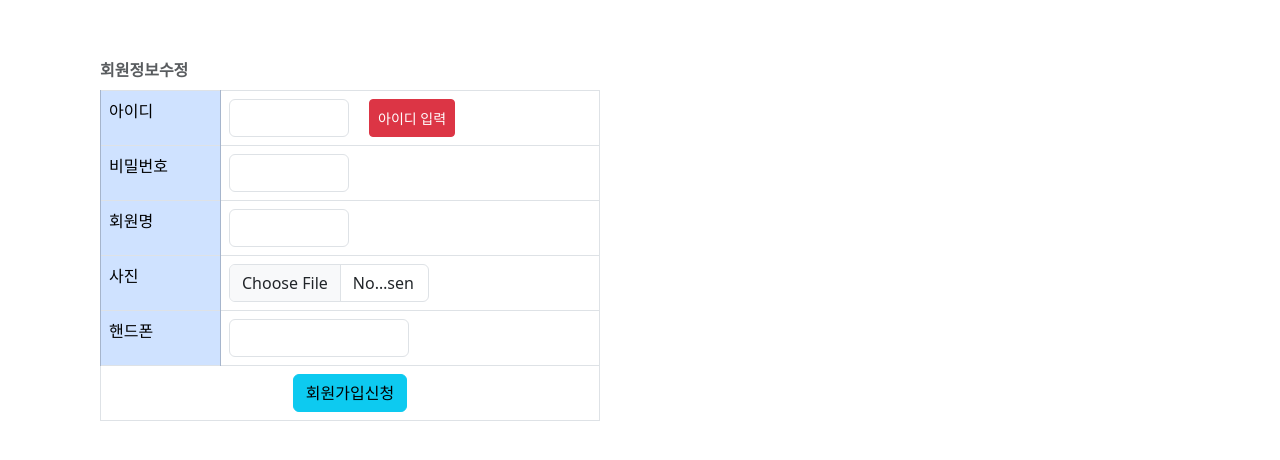
Repository: JunbroGit/SistProject
Page: http://localhost/jsaAjaxProject/mem_gaip/updateForm.jsp
An editor plug-in stored every save of this project. The page is shown before and after the next save, followed by the edit.
The browser window is 1280 px wide. The pictures show the whole page.
Some web fonts or font styles are not loaded; a fallback is used. The page is served by Tomcat 9. Other server files are loaded and not shown.

Above is the page before, as saved 2024-03-19 00:10:08.

### jspwork/jsaAjaxProject/src/main/webapp/mem_gaip/updateForm.jsp
<%@ page language="java" contentType="text/html; charset=UTF-8"
    pageEncoding="UTF-8"%>
<!DOCTYPE html>
<html>
<head>
<meta charset="UTF-8">
<link href="https://cdn.jsdelivr.net/npm/bootstrap@5.3.2/dist/css/bootstrap.min.css" rel="stylesheet">
<link href="https://fonts.googleapis.com/css2?family=Dongle&family=Gaegu&family=Nanum+Myeongjo&family=Nanum+Pen+Script&family=Noto+Sans+KR:wght@100..900&display=swap" rel="stylesheet">
<script src="https://code.jquery.com/jquery-3.7.0.js"></script>
<title>Insert title here</title>
<script type="text/javascript">
	function openId(){
		window.open("idSearch.jsp", "idcheck",  "left=100,top=100,width=400,height=200");
	}

	$(function(){

		$("#btnsubmit").click(function(){
			if(mfrm.m_id.value.length==0){
				alert("아이디 입력버튼을 눌러유");
				return false; //form action호출 안됨
			}
		})
	})
</script>
</head>
<body>
<div style="margin: 50px 100px; width: 500px;">
	<form action="addMember.jsp" method="post" enctype="multipart/form-data" name="mfrm">
		<table class="table table-bordered">
			<caption align="top"><b>회원정보수정</b></caption>
			<tr>
				<td width="120" class="table-primary">아이디</td>
				<td>
					<div class="d-inline-flex">
						<input type="text" class="form-control" style="width: 120px;" name="m_id" readonly="readonly">
						<button type="button" class="btn btn-danger btn-sm" style="margin-left: 20px;" onclick="openId()">아이디 입력</button>
					</div>
				</td>
			</tr>
			<tr>
				<td width="120" class="table-primary">비밀번호</td>
				<td>
					<input type="password" class="form-control" style="width: 120px;" name="m_pass" required="required">
				</td>
			</tr>
			<tr>
				<td width="120" class="table-primary">회원명</td>
				<td>
					<input type="text" class="form-control" style="width: 120px;" name="m_name" required="required">
				</td>
			</tr>
			<tr>
				<td width="120" class="table-primary">사진</td>
				<td>
					<input type="file" class="form-control" style="width: 200px;" name="m_photo">
				</td>
			</tr>
			<tr>
				<td width="120" class="table-primary">핸드폰</td>
				<td>
					<input type="text" class="form-control" style="width: 180px;" name="m_hp" required="required">
				</td>
			</tr>
			<tr>
				<td colspan="2" align="center">
					<button type="submit" class="btn btn-info" id="btnsubmit">회원가입신청</button>
				</td>
			</tr>
		</table>
	</form>
</div>
</body>
</html>

After the next save:
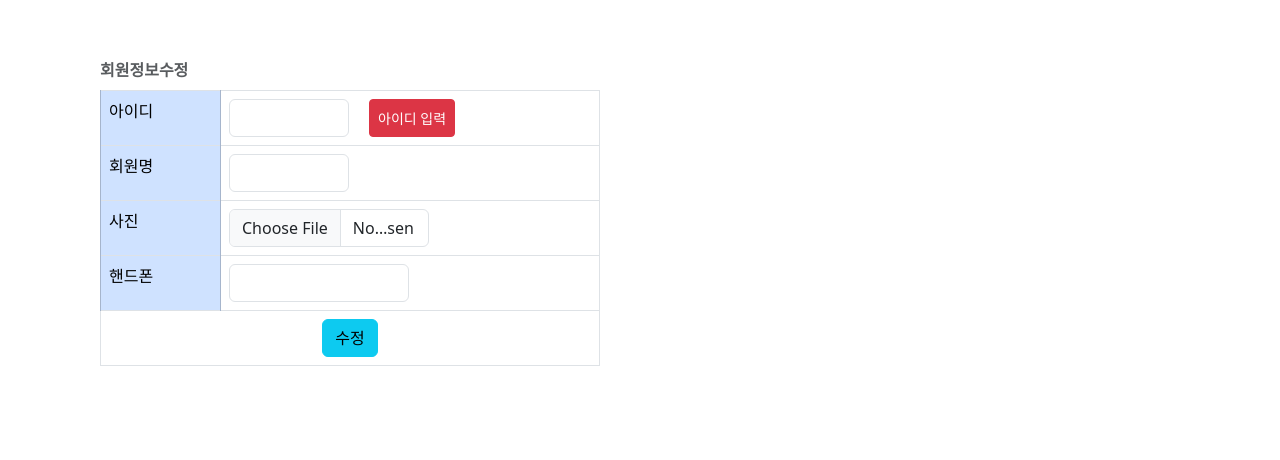
Saved 2 min 9 s later.
--- a/jspwork/jsaAjaxProject/src/main/webapp/mem_gaip/updateForm.jsp
+++ b/jspwork/jsaAjaxProject/src/main/webapp/mem_gaip/updateForm.jsp
@@ -39,12 +39,6 @@
 				</td>
 			</tr>
 			<tr>
-				<td width="120" class="table-primary">비밀번호</td>
-				<td>
-					<input type="password" class="form-control" style="width: 120px;" name="m_pass" required="required">
-				</td>
-			</tr>
-			<tr>
 				<td width="120" class="table-primary">회원명</td>
 				<td>
 					<input type="text" class="form-control" style="width: 120px;" name="m_name" required="required">
@@ -64,7 +58,7 @@
 			</tr>
 			<tr>
 				<td colspan="2" align="center">
-					<button type="submit" class="btn btn-info" id="btnsubmit">회원가입신청</button>
+					<button type="submit" class="btn btn-info" id="btnsubmit">수정</button>
 				</td>
 			</tr>
 		</table>
